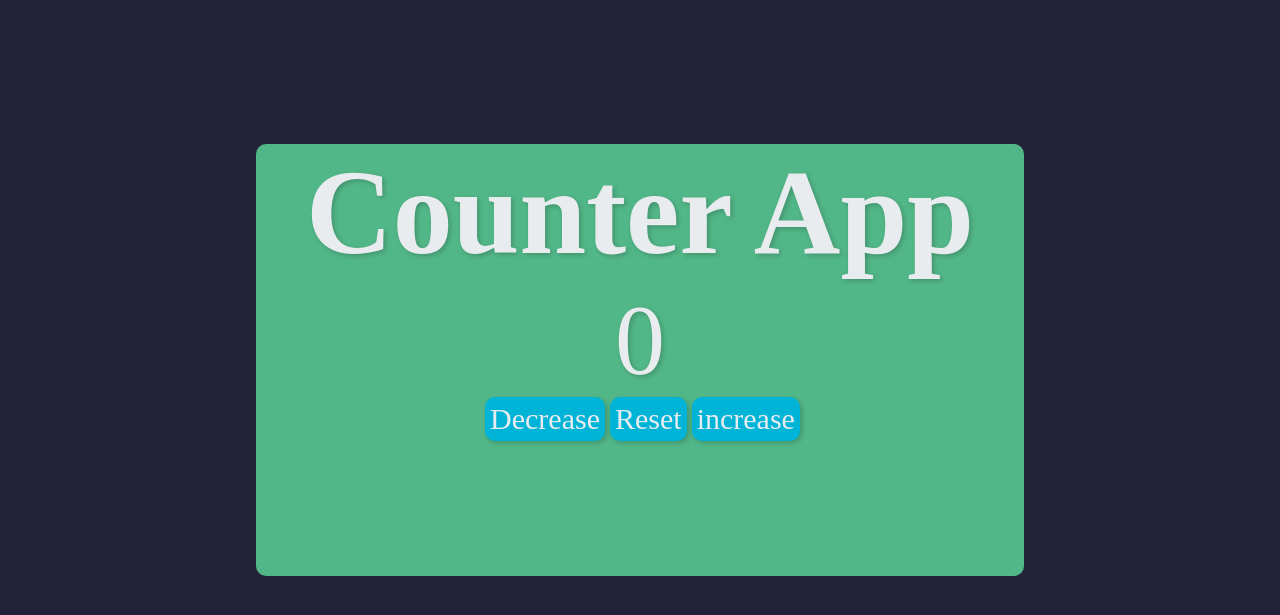
Repository: Yuukicoder/basicProject
Page: project2.html
The author's editor kept a copy of each file at every save. The page is drawn from the files as they stood at one save, then again after the next save.
The browser window is 1280 px wide. The pictures show the whole page.
The pointer rests on the first visible `button`.
Some web fonts or font styles are not loaded; a fallback is used.

Above is the page before, as saved 2023-02-24 22:20:32.

### project2.html
<!DOCTYPE html>
<html lang="en">
  <head>
    <meta charset="UTF-8" />
    <meta http-equiv="X-UA-Compatible" content="IE=edge" />
    <meta name="viewport" content="width=device-width, initial-scale=1.0" />
    <title>Counter App</title>
    <link
      rel="shortcut icon"
      href="assets/Image/project2.png"
      type="image/x-icon"
    />
    <link rel="stylesheet" href="assets/css/project2.css" />
  </head>
  <body>
    <section class="box">
      <h1>Counter App</h1>
      <p class="counter-preview">0</p>
      <div class="buttons" id="allBtns">
        <button class="decrement" id="decrement">Decrease</button>
        <button class="reset" id="reset">Reset</button>
        <button class="increment" id="increment">increase</button>
      </div>
    </section>
    <script src="assets/js/project2.js"></script>
  </body>
</html>

### assets/css/project2.css
@import url("https://fonts.googleapis.com/css2?family=Arima:wght@100;200;300;400;500;700&display=swap");
* {
  margin: 0;
  padding: 0;
  box-sizing: border-box;
  /* border: 1px solid black; */
}
:root {
  --button: #00b4d8;
  --text: #e9ecef;
}
body {
  background-color: #22223b;
  height: 100vh;
  width: 100vw;
  display: flex;
  align-items: center;
  justify-content: center;
}
.box {
  width: 60%;
  height: 60%;
  background-color: #52b788;
  border-radius: 10px;
}
h1,
p {
  color: var(--text);
  text-shadow: 2px 2px 5px rgba(0, 0, 0, 0.2);
}
h1 {
  font-family: Arima;
  font-size: 120px;
  text-align: center;
}
p {
  display: block;
  font-size: 100px;
  text-align: center;
}
.buttons {
  display: flex;
  align-items: center;
  justify-content: center;
}
button {
  background-color: var(--button);
  color: var(--text);
  font-family: Arima;
  font-size: 30px;
  border: none;
  border-radius: 10px;
  padding: 5px 5px;
  margin-left: 5px;
  box-shadow: 2px 2px 5px rgba(0, 0, 0, 0.2);
}

### assets/js/project2.js
const display = document.querySelector('.counter-preview');
const allBtns = document.querySelector('#allBtns');
allBtns.addEventListener('click',counter);
var value = 0;
function counter(x) {
    const btn = x.target.id;
    if(btn === 'increment'){
        value += 1;
    }
    else if(btn === 'decrement'){
        value -= 1;
    }
    else value = 0;
    display.textContent = value;
}

After the next save:
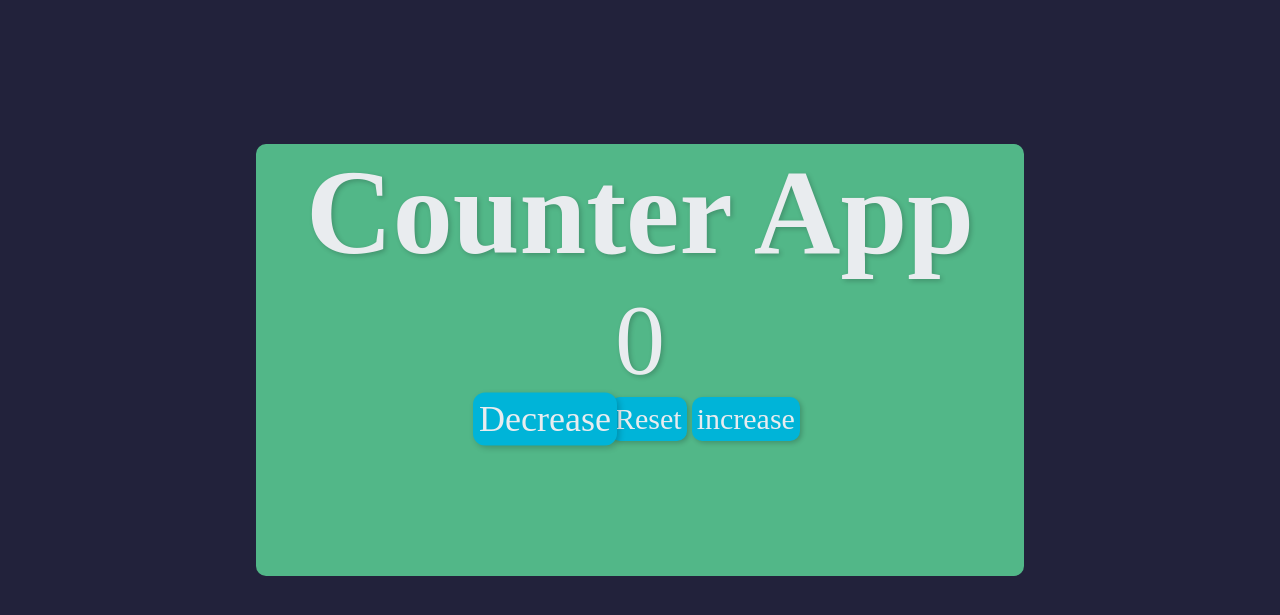
Saved 75 s later.
--- a/assets/css/project2.css
+++ b/assets/css/project2.css
@@ -54,3 +54,6 @@ button {
   margin-left: 5px;
   box-shadow: 2px 2px 5px rgba(0, 0, 0, 0.2);
 }
+button:hover {
+  transform: scale(1.2);
+}
